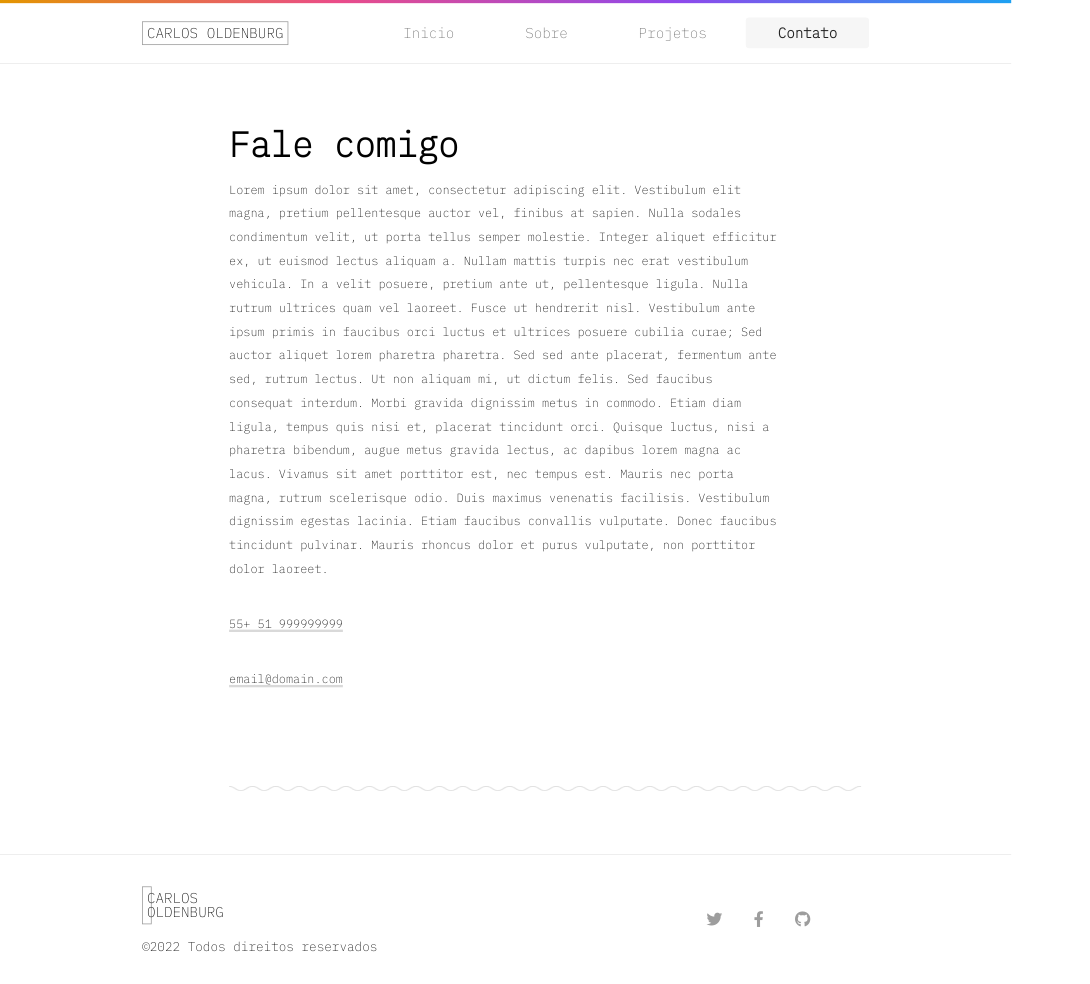
Repository: Carolden/PortfolioCrie
Page: contact.html
An editor plug-in stored every save of this project. The page is shown before and after the next save, followed by the edit.
The browser window is 1280 px wide. The page is 1380 px wide, so the pictures cover 1380 px, including what lies to the right of the window. The pictures show the whole page, at 79% of full size.

Above is the page before, as saved 2023-05-25 12:58:33.

After the next save:
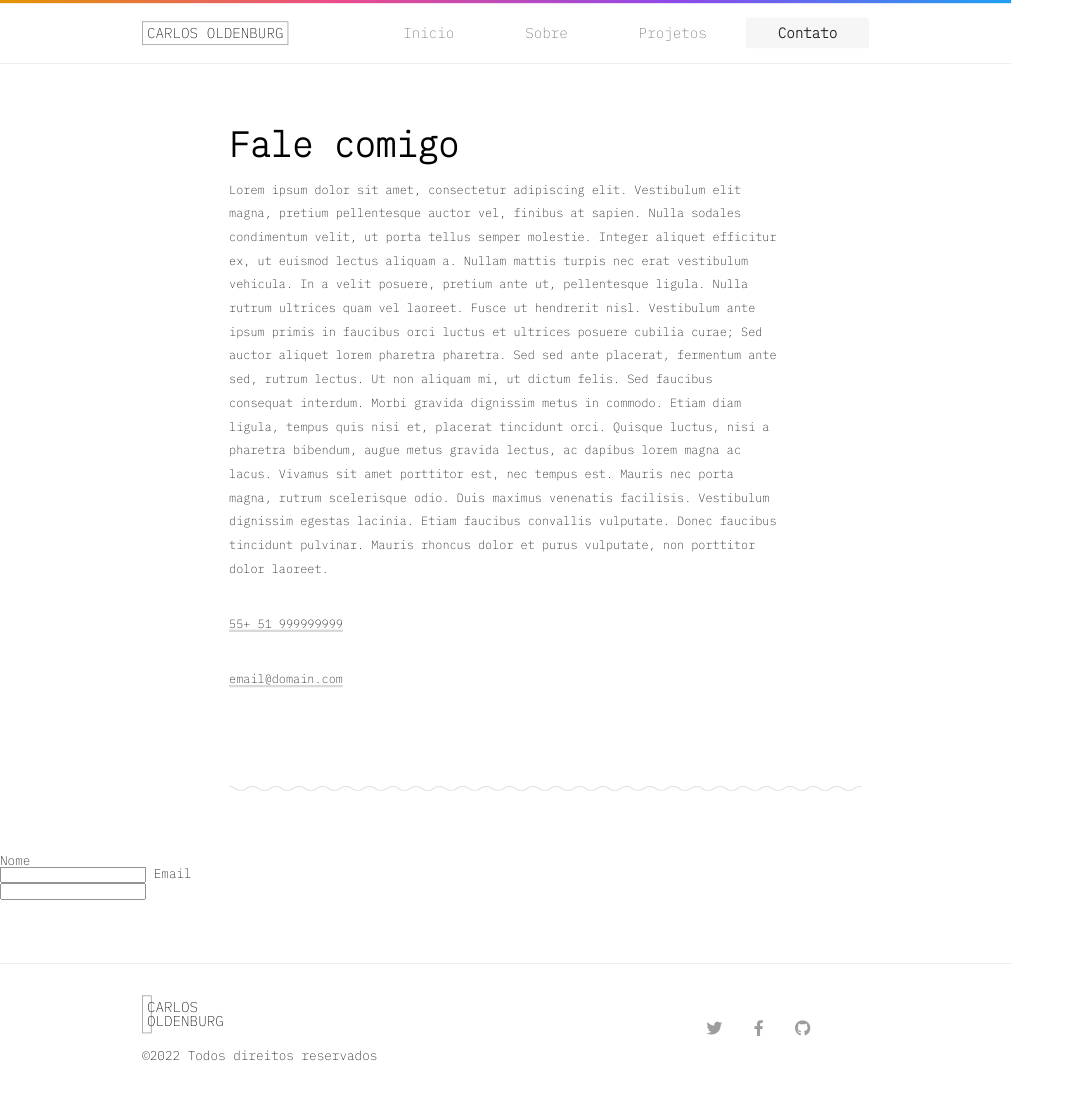
Saved 60 s later.
--- a/contact.html
+++ b/contact.html
@@ -86,8 +86,15 @@
 
         <div class="contactrow">
 
+            <form action="">
 
+                <label for="nome">Nome</label><br>
+                <input id="nome" type="text" class="input">
 
+                <label for="email">Email</label><br>
+                <input id="email" required type="email" class="input">
+
+            </form>
         </div>
 
 
